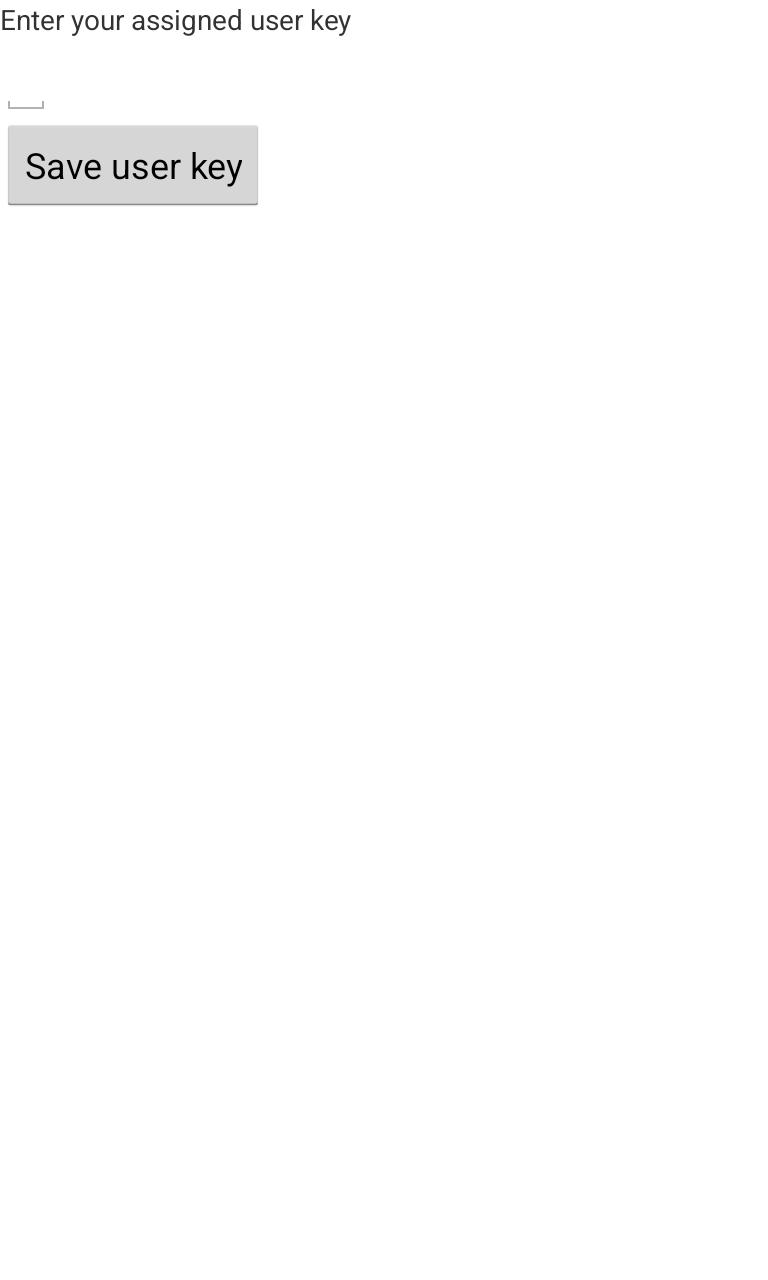
Repository: harvard-lil/wtwba-android-app
Layout: wtwba/res/layout/activity_delete_item.xml
These files come from the project's save history. The layout is drawn as it stood at one moment and after the next save; the edit follows.
It is drawn on a 768 x 1280 px phone screen (xhdpi) without system bars, with theme AppTheme; the app's code is not run.

Above is the layout before, as saved 2013-03-11 21:04:48.

### wtwba/res/layout/activity_delete_item.xml
<?xml version="1.0" encoding="utf-8"?>

<LinearLayout xmlns:android="http://schemas.android.com/apk/res/android"
    xmlns:tools="http://schemas.android.com/tools"
    android:layout_width="match_parent"
    android:layout_height="match_parent"
    android:orientation="vertical"
    >
    <TextView
        android:layout_width="wrap_content"
        android:layout_height="wrap_content"
        android:text="@string/user_name_box_label"
         />

    <EditText android:id="@+id/user_name"
        android:layout_width="wrap_content"
        android:layout_height="wrap_content"
        android:inputType="text" />

    <Button
        android:layout_width="wrap_content"
        android:layout_height="wrap_content"
        android:text="@string/button_save_user_name"
        android:onClick="setUsername" />
</LinearLayout>

### wtwba/res/values/strings.xml
<?xml version="1.0" encoding="utf-8"?>
<resources>

    <string name="app_name">wtwba</string>
    <string name="main_activity_title">Wild Books | Home</string>
    <string name="activity_item_details_title">Wild Books | New Item Details</string>
    <string name="activity_scan_title">Wild Books | Scan New Item</string>
    <string name="activity_manage_user_title">Wild Books | Manage User</string>
    <string name="activity_location_title">Select your current location</string>
    <string name="user_name_box_label">Enter your assigned user key</string>
    <string name="edit_message">Enter a message</string>
    <string name="button_scan">Scan</string>
    <string name="button_item_confrim">Return home</string>
    <string name="button_add">Add to list</string>
    <string name="button_save_user_name">Save user key</string>
    <string name="menu_settings">Settings</string>
    <string name="title_activity_main">MainActivity</string>
    <string name="hello_world">Hello world!</string>
    <string name="title_holder">Sample Title Here</string>
    <string name="connection_error">Unable to connect to network</string>
    <string name="title_activity_display_message">DisplayMessageActivity</string>
    <string name="empty_list">You haven\'t added any items.</string>

</resources>

Loaded but not shown: wtwba/res/values-v11/styles.xml (common file); wtwba/res/values-v14/styles.xml (common file); wtwba/res/values/styles.xml (common file)

After the next save:
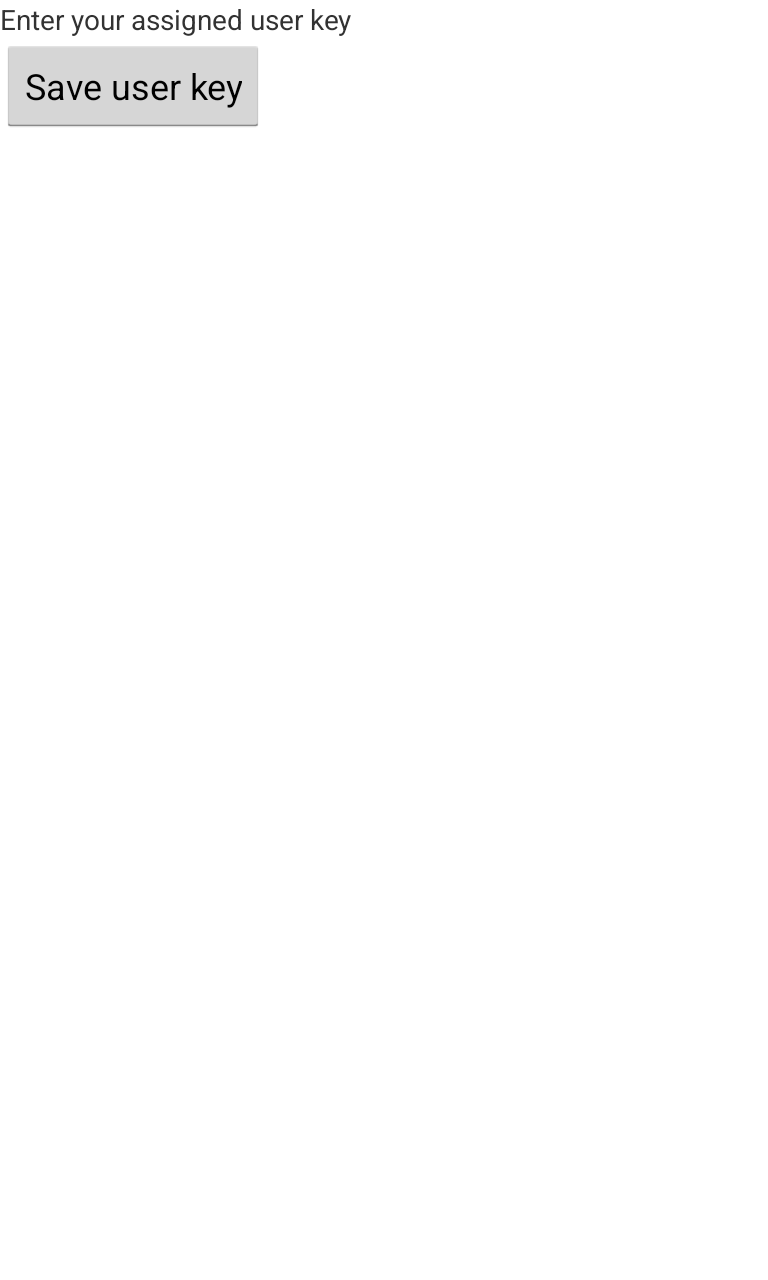
Saved 31 s later.
--- a/wtwba/res/layout/activity_delete_item.xml
+++ b/wtwba/res/layout/activity_delete_item.xml
@@ -7,15 +7,13 @@
     android:orientation="vertical"
     >
     <TextView
+        android:id="@+id/user_name"
         android:layout_width="wrap_content"
         android:layout_height="wrap_content"
         android:text="@string/user_name_box_label"
          />
 
-    <EditText android:id="@+id/user_name"
-        android:layout_width="wrap_content"
-        android:layout_height="wrap_content"
-        android:inputType="text" />
+
 
     <Button
         android:layout_width="wrap_content"
